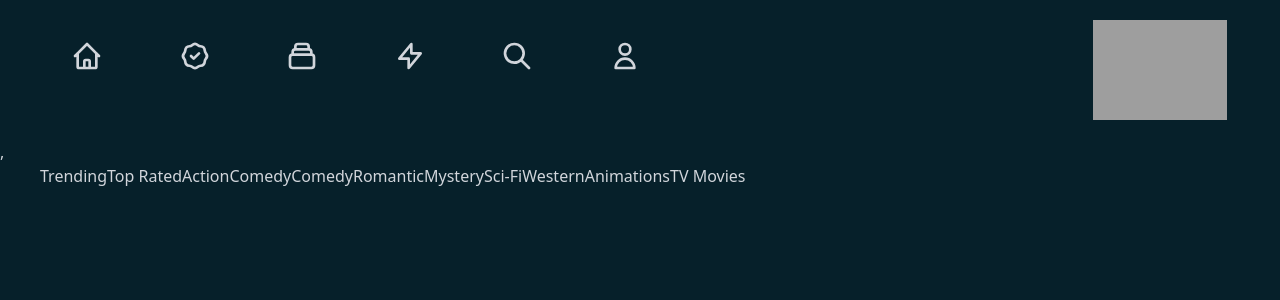
Repository: elaiken/hulu-yt-clone
Page: /
An editor plug-in stored every save of this project. The page is shown before and after the next save, followed by the edit.
The browser window is 1280 px wide. The pictures show the whole page.
Pictures or frames that could not be fetched are drawn as grey boxes. The project was rebuilt for these pictures with package versions that can differ from the ones it lists, and the page was loaded fresh each time. The framework's server and built-in components were replaced by stand-ins that run in the browser. Also part of the build but not shown: next.config.js.

Above is the page before, as saved 2021-11-10 10:03:51.

### pages/index.js
import Head from 'next/head'
import Image from 'next/image'
import Header from '../components/Header'
import Nav from '../components/Nav'


export default function Home() {
    return (<div>
        <Head>
            <title>Hulo 2.0</title>

            <link rel="icon" href="/favicon.ico"/>
        </Head>

        <h1></h1>

        {/*Header*/}
        <Header/>, {/* Nav */}
        <Nav/> {/* Results */} </div>)
}

### components/Header.js
import Image from "next/image";
import HeaderItem from "./HeaderItem";
import {
    HomeIcon,
    BadgeCheckIcon,
    CollectionIcon,
    LightningBoltIcon,
    SearchIcon,
    UserIcon
} from "@heroicons/react/outline"

function Header() {
    return (<header className="flex flex-col sm:flex-row m-5 justify-between items-center h-auto">
        <div className="flex flex-grow justify-evenly max-w-2xl">
            <HeaderItem Title="HOME"
                Icon={HomeIcon}/>
            <HeaderItem Title="VERIFIED"
                Icon={BadgeCheckIcon}/>
            <HeaderItem Title="COLLECTIONICON"
                Icon={CollectionIcon}/>
            <HeaderItem Title="TRENDING"
                Icon={LightningBoltIcon}/>
            <HeaderItem Title="SEARCH"
                Icon={SearchIcon}/>
            <HeaderItem Title="ACCOUNT"
                Icon={UserIcon}/>


        </div>
        <Image className="object-contain" src=" http://links.papareact.com/ua6"
            width={200}
            height={100}/>
    </header>);;
}

export default Header

### components/Nav.js
import request from "../utlis/request"

function Nav() {
    return (<nav>
        <div className="flex px-10"> {
            Object.entries(request).map(([
                key, {
                    title,
                    url
                }
            ]) => (<h2 key={key}
                className="cursor-pointer transition duration-100 transform hover:scale-125 hover:text-white active:bg-red-500"> {title}</h2>))
        } </div>
    </nav>)
}

export default Nav

### components/HeaderItem.js
import React from 'react'

function HeaderItem({Icon, Title}) {
    return (<div className="flex flex-col items-center cursor-pointer group w-12 sm:w-20 hover:text-white">
        <Icon className="h-8 mb-1 group hover:animate-bounce"/>
        <p className=' opacity-0 hover:opacity-100 tracking-widest'> {Title}</p>


    </div>)
}

export default HeaderItem

### utlis/request.js
const API_KEY = process.env.API_KEY;

export default {
    fetchTrending: {
        title: 'Trending',
        url: '/trending/all/week?api_key=${API_KEY}&language=en-US'
    },
    fetchTopRated: {
        title: 'Top Rated',
        url: '/movie/top_rated?api_key=${API_KEY}&language=en-US'
    },
    fetchActionMovies: {
        title: 'Action',
        url: '/discover/movie?api_key=${API_KEY}&with_genres=28'
    },
    fetchComedyMovies: {
        title: 'Comedy',
        url: '/discover/movie?api_key=${API_KEY}&language=en-US'
    },
    fetchHorrorMovies: {
        title: 'Comedy',
        url: '/discover/movie?api_key=${API_KEY}&language=en-US'
    },
    fetchRomanticMovies: {
        title: 'Romantic',
        url: '/discover/movie?api_key=${API_KEY}&language=en-US'
    },
    fetchMysteryMovies: {
        title: 'Mystery',
        url: '/discover/movie?api_key=${API_KEY}&language=en-US'
    },
    fetchSciFiMovies: {
        title: 'Sci-Fi',
        url: '/discover/movie?api_key=${API_KEY}&language=en-US'
    },
    fetchWesternMovies: {
        title: 'Western',
        url: '/discover/movie?api_key=${API_KEY}&language=en-US'
    },
    fetchAnimationMovies: {
        title: 'Animations',
        url: '/discover/movie?api_key=${API_KEY}&language=en-US'
    },
    fetchTVMovies: {
        title: 'TV Movies',
        url: '/discover/movie?api_key=${API_KEY}&language=en-US'
    }
}

### tailwind.config.js
module.exports = {
    mode: 'jit',
    purge: [
        './pages/**/*.{js,ts,jsx,tsx}', './components/**/*.{js,ts,jsx,tsx}'
    ],
    darkMode: false, // or 'media' or 'class'
    theme: {
        extend: {}
    },
    variants: {
        extend: {}
    },
    plugins: []
}

Loaded but not shown: pages/_app.js (common file); styles/globals.css (common file)

After the next save:
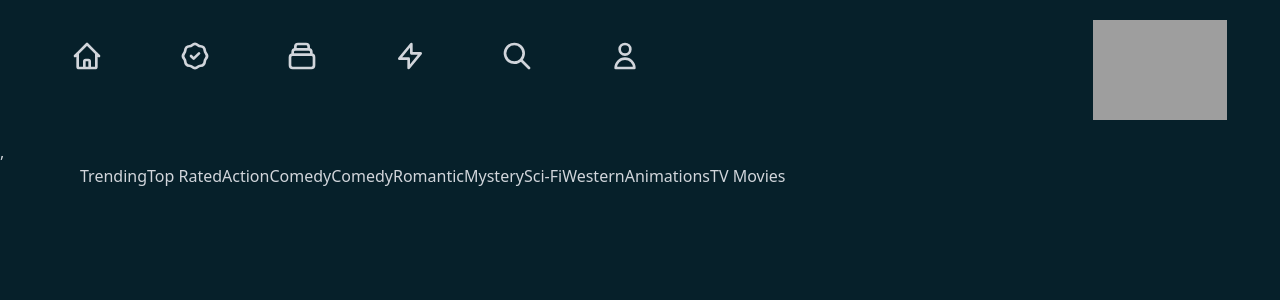
Saved 12 s later.
--- a/components/Nav.js
+++ b/components/Nav.js
@@ -2,7 +2,7 @@ import request from "../utlis/request"
 
 function Nav() {
     return (<nav>
-        <div className="flex px-10"> {
+        <div className="flex px-10 sm:px-20"> {
             Object.entries(request).map(([
                 key, {
                     title,
